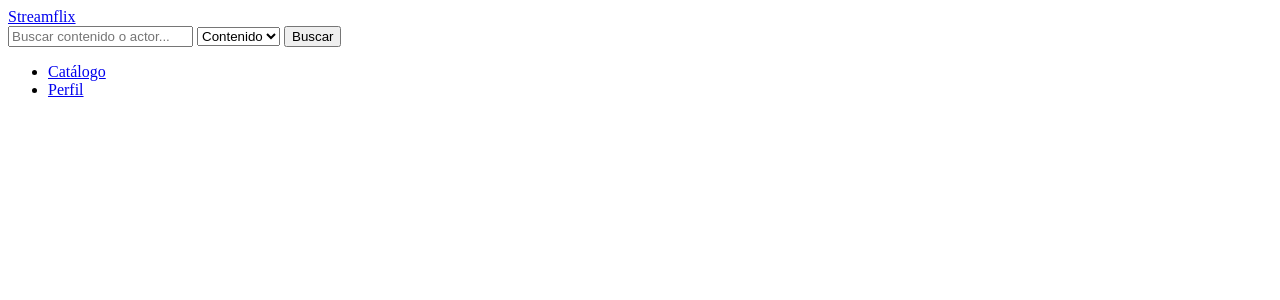
Repository: pperez02/AnalisisUsuarios
Page: Interfaz/templates/header.html
An editor plug-in stored every save of this project. The page is shown before and after the next save, followed by the edit.
The browser window is 1280 px wide. The pictures show the whole page.

Above is the page before, as saved 2024-11-26 19:44:21.

After the next save:
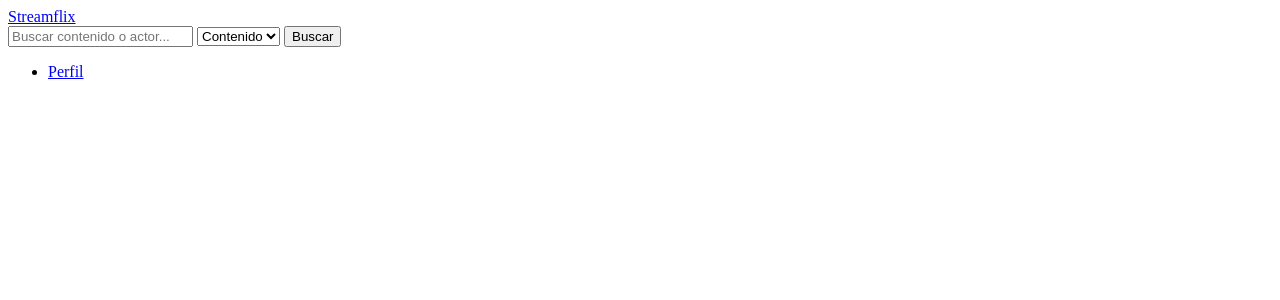
Saved 4 min 5 s later.
--- a/Interfaz/templates/header.html
+++ b/Interfaz/templates/header.html
@@ -17,7 +17,6 @@
         </div>
         <nav>
             <ul>
-                <li><a href="/catalogo"class="perfil-button">Catálogo</a></li>
                 <li><a href="/usuarios/{{ user_id }}/perfil" class="perfil-button">Perfil</a></li>
             </ul>
         </nav>
